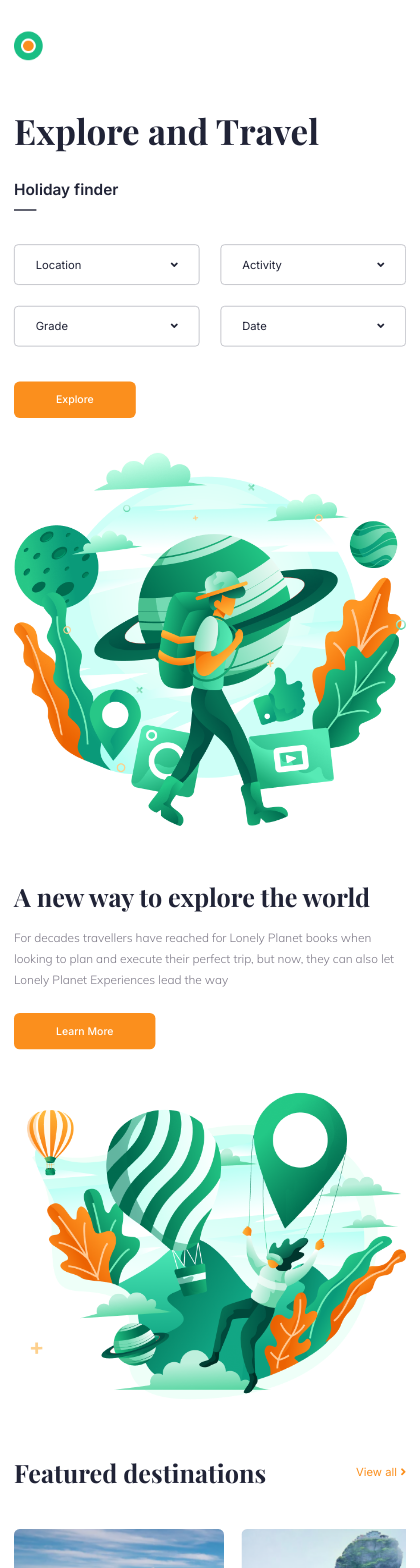
Repository: long5122000/sunny
Page: index.html
The author's editor kept a copy of each file at every save. The page is drawn from the files as they stood at one save, then again after the next save.
The browser window is 600 px wide. The pictures show the part of the page from y = 0 to 2240 px (the page is 5095 px tall before and 5271 px after), at 70% of full size.
The style sheet was rebuilt from its Sass, Less or Tailwind sources for each picture, by a compiler version that may differ from the author's.

Above is the page before, as saved 2021-11-25 21:05:29.

### index.html
<!DOCTYPE html>
<html lang="en">
  <head>
    <meta charset="UTF-8" />
    <meta http-equiv="X-UA-Compatible" content="IE=edge" />
    <meta name="viewport" content="width=device-width, initial-scale=1.0" />
    <title>Thousand Sunny</title>
    <link rel="preconnect" href="https://fonts.googleapis.com" />
    <link rel="preconnect" href="https://fonts.gstatic.com" crossorigin />
    <link
      href="https://fonts.googleapis.com/css2?family=Inter:wght@400;500;600&family=Mulish:wght@300;700&family=Playfair+Display:wght@700&display=swap"
      rel="stylesheet"
    />
    <link
      rel="stylesheet"
      href="https://use.fontawesome.com/releases/v5.15.4/css/all.css"
      integrity="sha384-DyZ88mC6Up2uqS4h/KRgHuoeGwBcD4Ng9SiP4dIRy0EXTlnuz47vAwmeGwVChigm"
      crossorigin="anonymous"
    />
    <link rel="stylesheet" href="./css/app.css" />
  </head>
  <body>
    <div class="wrapper">
      <header class="header">
        <div class="container">
          <div class="header-main">
            <img srcset="./images/logo.png 2x" alt="" />
            <ul class="menu">
              <li class="menu-item">
                <a href="#" class="menu-link">Home</a>
              </li>
              <li class="menu-item">
                <a href="#" class="menu-link">Destinations</a>
              </li>
              <li class="menu-item">
                <a href="#" class="menu-link">About</a>
              </li>
              <li class="menu-item">
                <a href="#" class="menu-link">Partner</a>
              </li>
              <li class="menu-item">
                <a href="#" class="btn btn--secondary">Login</a>
              </li>
              <li class="menu-item">
                <a href="#" class="btn btn--primary">Register</a>
              </li>
            </ul>
          </div>
        </div>
      </header>
      <main>
        <section class="hero">
          <div class="container">
            <div class="hero-main">
              <div class="hero-content">
                <h1 class="heading hero-heading">Explore and Travel</h1>
                <div class="hero-caption">Holiday finder</div>
                <div class="hero-form">
                  <div class="dropdown">
                    <div class="dropdown-select">
                      <span class="dropdown-value">Location</span>
                      <i class="fas fa-angle-down"></i>
                    </div>
                    <div class="dropdown-list">
                      <div class="dropdown-item">title</div>
                      <div class="dropdown-item">title</div>
                      <div class="dropdown-item">title</div>
                    </div>
                  </div>
                  <div class="dropdown">
                    <div class="dropdown-select">
                      <span class="dropdown-value">Activity</span>
                      <i class="fas fa-angle-down"></i>
                    </div>
                    <div class="dropdown-list">
                      <div class="dropdown-item">title</div>
                      <div class="dropdown-item">title</div>
                      <div class="dropdown-item">title</div>
                    </div>
                  </div>
                  <div class="dropdown">
                    <div class="dropdown-select">
                      <span class="dropdown-value">Grade</span>
                      <i class="fas fa-angle-down"></i>
                    </div>
                    <div class="dropdown-list">
                      <div class="dropdown-item">title</div>
                      <div class="dropdown-item">title</div>
                      <div class="dropdown-item">title</div>
                    </div>
                  </div>
                  <div class="dropdown">
                    <div class="dropdown-select">
                      <span class="dropdown-value">Date</span>
                      <i class="fas fa-angle-down"></i>
                    </div>
                    <div class="dropdown-list">
                      <div class="dropdown-item">title</div>
                      <div class="dropdown-item">title</div>
                      <div class="dropdown-item">title</div>
                    </div>
                  </div>
                </div>
                <a href="#!" class="btn btn--primary">Explore</a>
              </div>
              <div class="hero-image">
                <img srcset="./images/img1.png 2x" alt="" />
              </div>
            </div>
          </div>
        </section>
        <section class="explore">
          <div class="container">
            <div class="explore-main">
              <div class="explore-image">
                <img srcset="./images/img2.png 2x" alt="" />
              </div>
              <div class="explore-content">
                <h2 class="heading explore-heading heading--small">
                  A new way to explore the world
                </h2>
                <p class="text explore-desc">
                  For decades travellers have reached for Lonely Planet books
                  when looking to plan and execute their perfect trip, but now,
                  they can also let Lonely Planet Experiences lead the way
                </p>
                <div class="btn btn--primary" href="!#">Learn More</div>
              </div>
            </div>
          </div>
        </section>
        <section class="destination">
          <div class="container">
            <div class="destination-header">
              <h2 class="heading heading--small">Featured destinations</h2>
              <a href="#!" class="viewall">
                <span>View all</span>
                <i class="fas fa-angle-right"></i>
              </a>
            </div>
            <div class="destination-list">
              <div class="destination-item">
                <div class="destination-image">
                  <img srcset="./images/destination1.png 2x" alt="" />
                </div>
                <div class="destination-content">
                  <h3 class="destination-name">Raja Ampat</h3>
                  <span class="destination-country">Indonesia</span>
                </div>
              </div>
              <div class="destination-item">
                <div class="destination-image">
                  <img srcset="./images/destination2.png 2x" alt="" />
                </div>
                <div class="destination-content">
                  <h3 class="destination-name">Fanjingshan</h3>
                  <span class="destination-country">China</span>
                </div>
              </div>
              <div class="destination-item">
                <div class="destination-image">
                  <img srcset="./images/destination3.png 2x" alt="" />
                </div>
                <div class="destination-content">
                  <h3 class="destination-name">Vevey</h3>
                  <span class="destination-country">Switzerland</span>
                </div>
              </div>
              <div class="destination-item">
                <div class="destination-image">
                  <img srcset="./images/destination4.png 2x" alt="" />
                </div>
                <div class="destination-content">
                  <h3 class="destination-name">Skadar</h3>
                  <span class="destination-country">Montenegro</span>
                </div>
              </div>
            </div>
          </div>
        </section>
        <section class="guides">
          <div class="container">
            <div class="guides-main">
              <div class="guides-content">
                <h2 class="heading guides-heading heading--small">
                  Guides by Thousand Sunny
                </h2>
                <div class="text guides-desc">
                  Packed with tips and advice from our on-the-ground experts,
                  our city guides app (iOS and Android) is the ultimate resource
                  before and during a trip.
                </div>
                <a href="#!" class="btn btn--primary">Download</a>
              </div>
              <div class="guides-image">
                <img srcset="./images/img3.png 2x" alt="" />
              </div>
            </div>
          </div>
        </section>
        <section class="testimonial">
          <div class="container">
            <div class="testimonial-main">
              <h2 class="heading heading--small testimonial-heading">
                Testimonials
              </h2>
              <div class="testimonial-container">
                <div class="testimonial-content">
                  <div class="testimonial-rating">
                    <i class="fa fa-star"></i>
                    <i class="fa fa-star"></i>
                    <i class="fa fa-star"></i>
                    <i class="fa fa-star"></i>
                    <i class="fa fa-star"></i>
                  </div>
                  <div class="testimonial-desc text">
                    “Quisque in lacus a urna fermentum euismod. Integer mi nibh,
                    dapibus ac scelerisque eu, facilisis quis purus. Morbi
                    blandit sit amet turpis nec”
                  </div>
                  <div class="testimonial-author">
                    <h3 class="testimonial-name">John Smith</h3>
                    <span class="testimonial-job">Founder Circle</span>
                  </div>
                </div>
                <div class="testimonial-image">
                  <img srcset="./images/testimonial.png 2x" alt="" />
                </div>
              </div>
            </div>
          </div>
        </section>
        <section class="story">
          <div class="container">
            <div class="story-header">
              <h2 class="heading heading--small story-heading">
                Trending stories
              </h2>
              <a href="#!" class="viewall">
                <span>View all</span>
                <i class="fas fa-angle-right"></i>
              </a>
            </div>
            <div class="story-list">
              <div class="story-item">
                <div class="story-image">
                  <img srcset="./images/story1.png 2x" alt="" />
                </div>
                <div class="story-content">
                  <h3 class="story-title">
                    The many benefits of taking a healing holiday
                  </h3>
                  <p class="story-desc">
                    ‘Helaing holidays’ are on the rise tohelp maximise your
                    health and happines...
                  </p>
                  <a href="#!" class="story-more">Read more</a>
                </div>
              </div>
              <div class="story-item">
                <div class="story-image">
                  <img srcset="./images/story2.png 2x" alt="" />
                </div>
                <div class="story-content">
                  <h3 class="story-title">
                    The best Kyoto restaurant to try Japanese food
                  </h3>
                  <p class="story-desc">
                    From tofu to teahouses, here’s our guide to Kyoto’s best
                    restaurants to visit...
                  </p>
                  <a href="#!" class="story-more">Read more</a>
                </div>
              </div>
              <div class="story-item">
                <div class="story-image">
                  <img srcset="./images/story3.png 2x" alt="" />
                </div>
                <div class="story-content">
                  <h3 class="story-title">
                    Skip Chichen Itza and head to this remote Yucatan
                  </h3>
                  <p class="story-desc">
                    It’s remote and challenging to get, but braving the jungle
                    and exploring these ruins without the...
                  </p>
                  <a href="#!" class="story-more">Read more</a>
                </div>
              </div>
              <div class="story-item">
                <div class="story-image">
                  <img srcset="./images/story4.png 2x" alt="" />
                </div>
                <div class="story-content">
                  <h3 class="story-title">
                    Surf’s up at these beginner spots around the world
                  </h3>
                  <p class="story-desc">
                    If learning to surf has in on your to- do list for a while,
                    the good news is: it’s never too late...
                  </p>
                  <a href="#!" class="story-more">Read more</a>
                </div>
              </div>
            </div>
          </div>
        </section>
      </main>
      <div class="footer">
        <div class="container">
          <div class="footer-top">
            <div class="footer-column">
              <img srcset="./images/logo.png 2x" alt="" class="footer-logo" />
              <p class="text footer-desc">
                Plan and book your perfect trip with expert advice, travel tips
                destination information from us
              </p>
              <p class="text copyright">
                ©2020 Thousand Sunny. All rights reserved
              </p>
            </div>
            <div class="footer-column">
              <h3 class="footer-title">Destinations</h3>
              <ul class="footer-links">
                <li class="footer-item">
                  <a href="#!" class="footer-link">Africa</a>
                </li>
                <li class="footer-item">
                  <a href="#!" class="footer-link">Antarctica</a>
                </li>
                <li class="footer-item">
                  <a href="#!" class="footer-link">Asia</a>
                </li>
                <li class="footer-item">
                  <a href="#!" class="footer-link">Europe</a>
                </li>
                <li class="footer-item">
                  <a href="#!" class="footer-link">America</a>
                </li>
              </ul>
            </div>
            <div class="footer-column">
              <h3 class="footer-title">Shop</h3>
              <ul class="footer-links">
                <li class="footer-item">
                  <a href="#!" class="footer-link">Destination Guides</a>
                </li>
                <li class="footer-item">
                  <a href="#!" class="footer-link">Pictorial & Gifts</a>
                </li>
                <li class="footer-item">
                  <a href="#!" class="footer-link">Special Offers</a>
                </li>
                <li class="footer-item">
                  <a href="#!" class="footer-link">Delivery Times</a>
                </li>
                <li class="footer-item">
                  <a href="#!" class="footer-link">FAQs</a>
                </li>
              </ul>
            </div>
            <div class="footer-column">
              <h3 class="footer-title">Interests</h3>
              <ul class="footer-links">
                <li class="footer-item">
                  <a href="#!" class="footer-link">Adventure Travel </a>
                </li>
                <li class="footer-item">
                  <a href="#!" class="footer-link">Art And Culture</a>
                </li>
                <li class="footer-item">
                  <a href="#!" class="footer-link">Wildlife And Nature</a>
                </li>
                <li class="footer-item">
                  <a href="#!" class="footer-link">Family Holidays</a>
                </li>
                <li class="footer-item">
                  <a href="#!" class="footer-link">Food And Drink</a>
                </li>
              </ul>
            </div>
          </div>
          <div class="footer-bottom">
            <a href="#!" class="footer-social">
              <i class="fab fa-facebook-square"></i>
            </a>
            <a href="#!" class="footer-social">
              <i class="fab fa-facebook-square"></i>
            </a>
            <a href="#!" class="footer-social">
              <i class="fab fa-facebook-square"></i>
            </a>
            <a href="#!" class="footer-social">
              <i class="fab fa-facebook-square"></i>
            </a>
            <a href="#!" class="footer-social">
              <i class="fab fa-facebook-square"></i>
            </a>
          </div>
        </div>
      </div>
    </div>
    <script src="scripts/app.js"></script>
  </body>
</html>

### sass/app.scss
@import "reset";
@import "variables";
@import "global";
@import "typography";
@import "header";
@import "menu";
@import "hero";
@import "explore";
@import "destination";
@import "guides";
@import "testimonial";
@import "story";
@import "footer";

### sass/_variables.scss
$primary-font: "Inter", sans-serif;
$secondary-font: "Playfair Display", serif;
$third-font: "Mulish", sans-serif;
$gray: #b8becd;
$gray-dark: #afb0b9;
$gray-darker: #7d7987;
$gray-darkest: #202336;
$primary-color: #fb8f1d;
$gray-blur: #80918e;
$gray-lighter: #f9f9fb;

### sass/_global.scss
body {
  overflow-x: hidden;
}
.wrapper {
  max-width: 1600px;
  margin: 0 auto;
}
.container {
  max-width: 1260px;
  margin: 0 auto;
  padding: 0 20px;
}
ul {
  list-style: none;
}
.btn {
  display: inline-flex;
  justify-content: center;
  align-items: center;
  cursor: pointer;
  font-size: 15px;
  font-weight: 500;
  font-family: $primary-font;
  line-height: 1;
  height: 52px;
  padding: 0 60px;
  border-radius: 8px;
  background-color: transparent;
  border: 0;
  outline: none;
  &--primary {
    color: white;
    background-color: $primary-color;
  }
  &--secondary {
    color: $primary-color;
    border: 1px solid currentColor;
  }
}
.dropdown {
  &-list {
    display: none;
  }
  &-select {
    display: flex;
    justify-content: space-between;
    align-items: center;
    padding: 20px 30px;
    border-radius: 6px;
    border: 1px solid $gray-dark;
    color: $gray-darkest;
    cursor: pointer;
  }
}
.viewall {
  color: $primary-color;
  display: flex;
  align-items: center;
  gap: 0 5px;
}

### sass/_typography.scss
body {
  font-family: $primary-font;
  font-size: 16px;
  line-height: 1;
  color: $gray;
}
.heading {
  font-family: $secondary-font;
  color: $gray-darkest;
  &--small {
    line-height: 139%;
    font-size: 36px;
  }
}
.text {
  font-weight: 300;
  line-height: 176%;
  font-size: 17px;
  color: $gray-darker;
  font-family: $third-font;
}

### sass/_header.scss
.header {
  padding-top: 45px;
  padding-bottom: 70px;
  &-main {
    display: flex;
    justify-content: space-between;
    align-items: center;
  }
}

### sass/_menu.scss
.menu {
  display: flex;
  align-items: center;
  gap: 0 35px;
  &-link {
    color: inherit;
  }
  @media screen and (max-width: 1023px) {
    display: none;
  }
  @media screen and (max-width: 767px) {
    padding: 30px 0;
  }
}

### sass/_hero.scss
.hero {
  margin-bottom: 270px;
  &-main {
    display: flex;
    justify-content: space-between;
    align-items: center;
  }
  &-heading {
    font-size: 64px;
    line-height: 125%;
    margin-bottom: 74px;
  }
  &-caption {
    font-size: 22px;
    font-weight: 600;
    margin-bottom: 48px;
    padding-bottom: 20px;
    display: inline-block;
    position: relative;
    color: $gray-darkest;
    &:before {
      content: "";
      position: absolute;
      bottom: 0;
      left: 0;
      width: 32px;
      height: 2px;
      background-color: $gray-darkest;
    }
  }
  &-content {
    width: 100%;
  }
  &-form {
    margin-bottom: 50px;
    display: grid;
    grid-template-columns: 1fr 1fr;
    grid-gap: 30px;
  }
  @media screen and (min-width: 1280px) {
    &-image {
      transform: translateX(85px);
    }
  }
  @media screen and (min-width: 1024px) {
    &-content {
      width: 100%;
      max-width: 470px;
    }
  }

  @media screen and (max-width: 1023px) {
    margin-bottom: 75px;
    &-main {
      flex-direction: column;
      gap: 50px 0;
    }
  }
  @media screen and (max-width: 767px) {
    &-heading {
      font-size: 50px;
      margin-bottom: 40px;
    }
  }
}

### sass/_explore.scss
.explore {
  margin-bottom: 292px;
  &-main {
    display: flex;
    justify-content: space-between;
    align-items: center;
    gap: 0 50px;
  }

  &-heading {
    margin-bottom: 20px;
  }
  &-desc {
    margin-bottom: 33px;
  }
  @media screen and (max-width: 1023px) {
    margin-bottom: 75px;
    &-main {
      flex-direction: column-reverse;
      gap: 50px 0;
    }
  }
  @media screen and (min-width: 1024px) {
    &-content {
      max-width: 508px;
      padding-right: 58px;
    }
    &-image {
      transform: translateX(-50px);
    }
  }
}

### sass/_destination.scss
.destination {
  margin-bottom: 232px;

  &-header {
    display: flex;
    justify-content: space-between;
    align-items: center;
    margin-bottom: 56px;
  }
  &-list {
    display: grid;
    grid-template-columns: repeat(4, 1fr);
    grid-gap: 25px;
  }

  &-item {
    height: 337px;
    position: relative;
  }
  &-image {
    width: 100%;
    height: 100%;
  }
  &-image img {
    border-radius: 8px;
    height: 100%;
    width: 100%;
    object-fit: cover;
  }
  &-content {
    position: absolute;
    bottom: 0;
    left: 0;
    z-index: 2;
    background: #ffffff;
    border-radius: 0px 6px 0px 0px;
    padding: 11px 32px 11px 0;
  }
  &-name {
    font-size: 17px;
    font-weight: 600;
    color: $gray-darkest;
    margin-bottom: 10px;
  }
  &-country {
    font-weight: 500;
    font-size: 15px;
    color: $gray-blur;
  }
  @media screen and (min-width: 1024px) {
    &-header {
      padding-left: 50px;
      padding-right: 50px;
    }
    &-list {
      padding-left: 50px;
      padding-right: 50px;
    }
  }

  @media screen and (max-width: 1023px) {
    margin-bottom: 75px;
    &-list {
      display: grid;
      justify-content: flex-start;
      grid-auto-columns: 300px;
      grid-auto-flow: column;
      grid-gap: 0 25px;
      overflow: auto;
      overflow-y: hidden;
      scroll-snap-type: x mandatory;
      scroll-snap-stop: always;
      -ms-touch-action: manipulation;
      touch-action: manipulation;
      -webkit-overflow-scrolling: touch;
      scroll-padding: 1rem;
      grid-template-columns: unset;
    }
    &-list::-webkit-scrollbar {
      display: none;
      width: 0;
    }
    &-list > * {
      scroll-snap-align: start;
    }
  }
}

### sass/_guides.scss
.guides {
  margin-bottom: 250px;
  &-main {
    display: flex;
    justify-content: space-between;
    align-items: center;
    gap: 0 80px;
  }
  &-content {
    width: 100%;
  }
  &-heading {
    margin-bottom: 20px;
  }
  &-desc {
    margin-bottom: 33px;
  }
  @media screen and (min-width: 1024px) {
    &-content {
      max-width: 450px;
      transform: translateX(50px);
    }
    &-image {
      padding-right: 40px;
    }
  }

  @media screen and (max-width: 1023px) {
    margin-bottom: 75px;
    &-main {
      flex-direction: column;
    }
  }
}

### sass/_testimonial.scss
.testimonial {
  margin-bottom: 270px;
  &-heading {
    margin-bottom: 60px;
  }
  &-main {
    max-width: 1085px;
    position: relative;
  }
  &-container {
    display: flex;
    justify-content: space-between;
    align-items: center;
    gap: 0 25px;
  }
  &-content {
    max-width: 450px;
  }
  &-rating {
    font-size: 20px;
    display: flex;
    align-items: center;
    gap: 15px;
    margin-bottom: 30px;
    color: #ffbb0c;
  }
  &-desc {
    color: #000;
    margin-bottom: 40px;
    font-size: 24px;
    font-weight: 400;
  }
  &-name {
    font-size: 22px;
    font-weight: bold;
    color: #000;
    margin-bottom: 20px;
  }
  &-job {
    font-size: 18px;
    color: #000;
  }
  @media screen and (min-width: 1024px) {
    &-main {
      padding-left: 50px;
    }
  }

  @media screen and (max-width: 1023px) {
    margin-bottom: 75px;
  }
  @media screen and (max-width: 767px) {
    &-container {
      flex-direction: column;
      gap: 50px 0;
    }
  }
}

### sass/_story.scss
.story {
  margin-bottom: 270px;
  &-header {
    display: flex;
    justify-content: space-between;
    align-items: center;
    margin-bottom: 60px;
    padding: 0 50px;
  }
  &-list {
    display: grid;
    grid-template-columns: repeat(4, 1fr);
    grid-gap: 25px;
    padding: 0 50px;
  }
  &-image {
    height: 230px;
    margin-bottom: 20px;
    img {
      width: 100%;
      height: 100%;
      object-fit: cover;
      border-radius: 8px 8px 0 0;
      object-position: top;
    }
  }
  &-title {
    font-size: 19px;
    color: #000;
    margin-bottom: 15px;
    line-height: 158%;
  }
  &-desc {
    margin-bottom: 23px;
    line-height: 175%;
    font-size: 15px;
    color: $gray-darker;
    display: -webkit-box;
    -webkit-line-clamp: 3;
    -webkit-box-orient: vertical;
    overflow: hidden;
    text-overflow: ellipsis;
    word-break: break-word;
  }
  &-more {
    font-size: 15px;
    font-weight: 600;
    color: $primary-color;
    margin-top: auto;
  }
  &-item {
    display: flex;
    flex-direction: column;
  }
  &-content {
    flex: 1;
    display: flex;
    flex-direction: column;
  }
  @media screen and (max-width: 1023px) {
    margin-bottom: 75px;
    &-list {
      display: grid;
      justify-content: flex-start;
      grid-auto-columns: 300px;
      grid-auto-flow: column;
      grid-gap: 0 25px;
      overflow: auto;
      overflow-y: hidden;
      scroll-snap-type: x mandatory;
      scroll-snap-stop: always;
      -ms-touch-action: manipulation;
      touch-action: manipulation;
      -webkit-overflow-scrolling: touch;
      scroll-padding: 1rem;
      grid-template-columns: unset;
    }
    &-list::-webkit-scrollbar {
      display: none;
      width: 0;
    }
    &-list > * {
      scroll-snap-align: start;
    }
  }
}

### sass/_footer.scss
.footer {
  background-color: $gray-lighter;
  padding-top: 80px;
  font-family: $third-font;
  display: none;
  &-top {
    display: grid;
    grid-template-columns: 3fr repeat(3, 1fr);
    grid-gap: 30px 80px;
    padding-bottom: 77px;
    border-bottom: 1px solid #c4c4c4;
  }
  &-bottom {
    display: flex;
    justify-content: center;
    align-items: center;
    padding: 30px 0;
    gap: 0 35px;
  }
  &-logo {
    margin-bottom: 26px;
  }
  &-desc {
    margin-bottom: 55px;
    font-size: 18px;
    max-width: 335px;
  }
  &-copyright {
    font-size: 17px;
  }
  &-title {
    color: #000;
    font-size: 19px;
    margin-bottom: 40px;
    font-weight: bold;
  }
  &-item {
    margin-bottom: 25px;
  }

  &-link {
    color: #848484;
  }
}

Loaded but not shown: sass/_reset.scss (common file); scripts/app.js (no stored copy; drawn as an empty file)

After the next save:
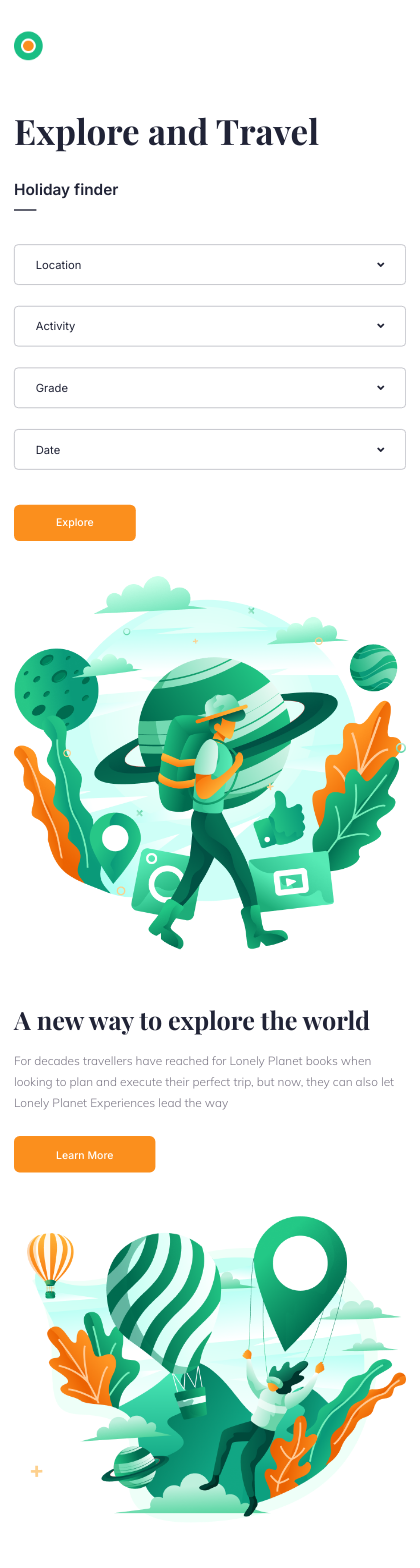
Saved 23 s later.
--- a/sass/_hero.scss
+++ b/sass/_hero.scss
@@ -61,5 +61,8 @@
       font-size: 50px;
       margin-bottom: 40px;
     }
+    &-form {
+      grid-template-columns: 1fr;
+    }
   }
 }
